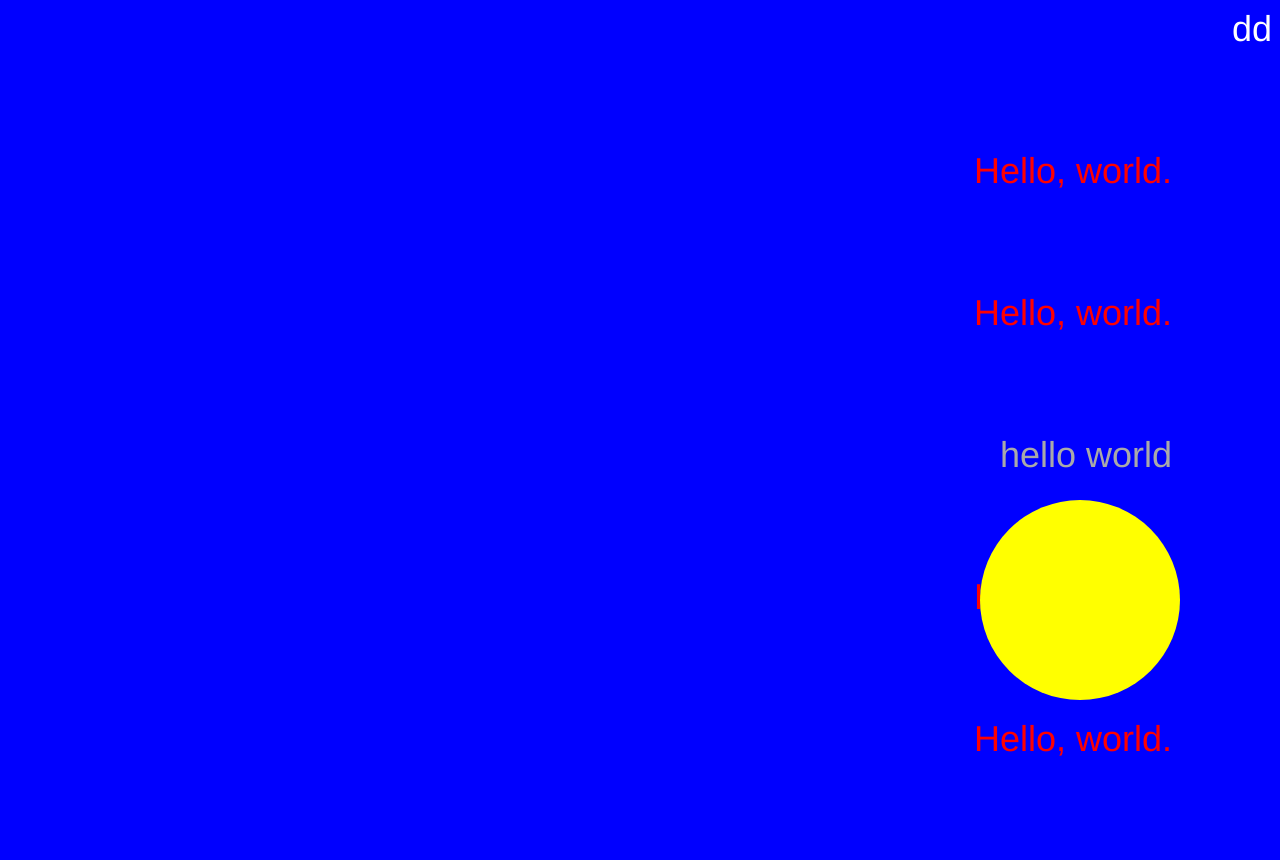
Repository: simj959/simj959.github.io
Page: index.html
The author's editor kept a record of every edit. The page is drawn from the files as they stood at one moment, then again after the next edit.
The browser window is 1280 px wide. The pictures show the whole page.

Above is the page before.

After the next edit:
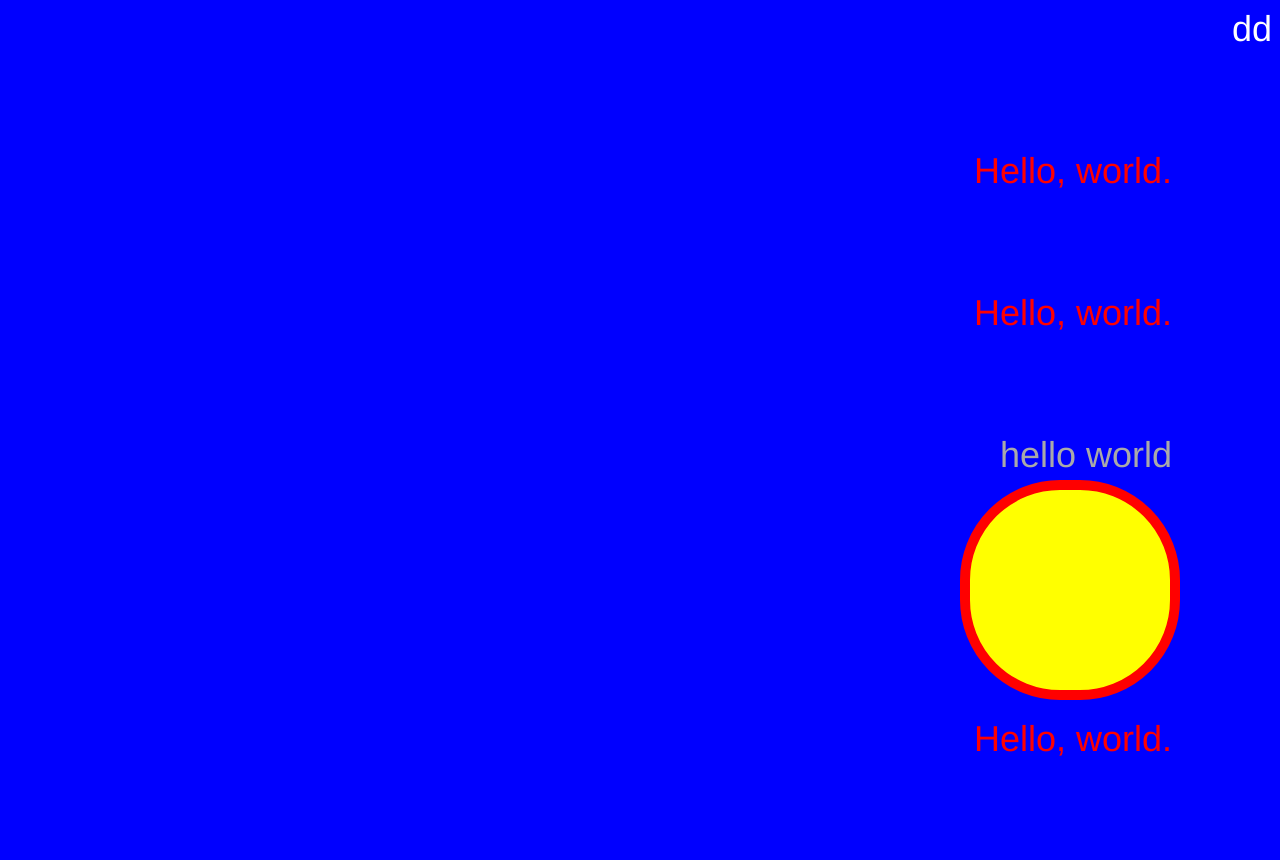
The edit:
--- a/style.css
+++ b/style.css
@@ -23,6 +23,7 @@
     bottom: 20px;
     right: 100px;
 border-radius: 100px;
+border: solid red 10px;
 
 
 }
